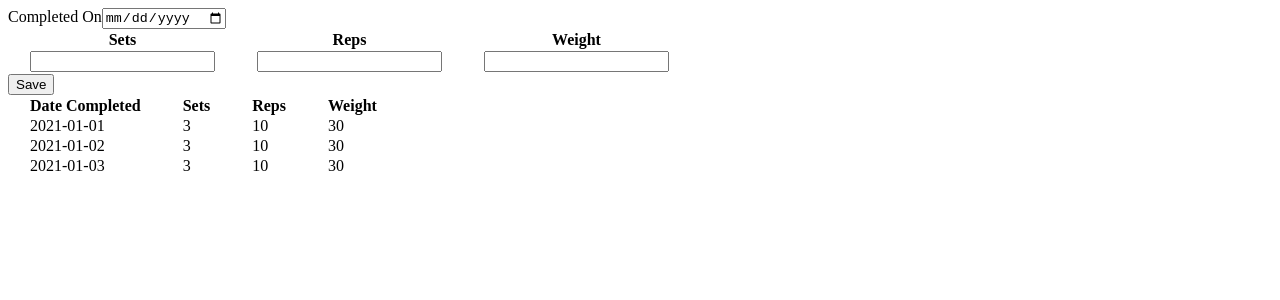
Repository: Kayla-amr/Exercise-Tracking-App
Page: / (app in exerciseTracking/)
These files come from the project's save history. The page is drawn as it stood at one moment and after the next save; the edit follows.
The browser window is 1280 px wide. The pictures show the whole page.
The project was rebuilt for these pictures with package versions that can differ from the ones it lists, and the page was loaded fresh each time. Also part of the build but not shown: exerciseTracking/vite.config.ts, exerciseTracking/src/assets/main.css.

Above is the page before, as saved 2023-03-17 13:36:02.

After the next save:
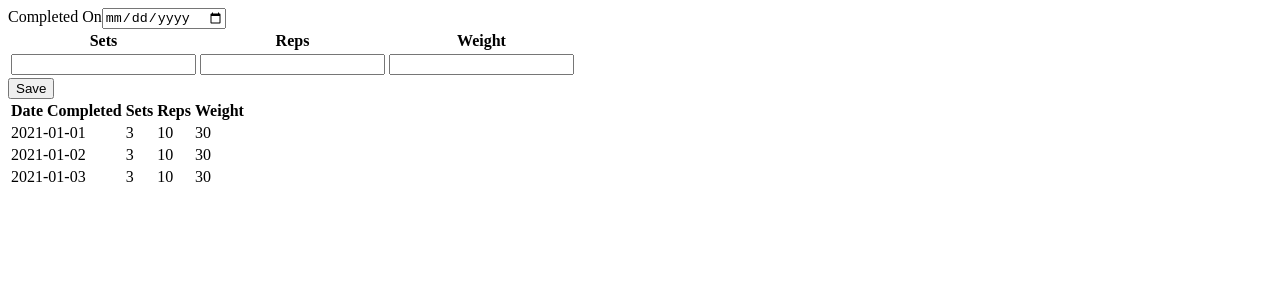
Saved 9 s later.
--- a/exerciseTracking/src/components/trackingHistory.vue
+++ b/exerciseTracking/src/components/trackingHistory.vue
@@ -35,7 +35,7 @@
 <style>
 thead{
     border-bottom: 1px solid #121212;
-}
+},
 th, td {
     padding: 0 20px;
 }

After the save that followed:
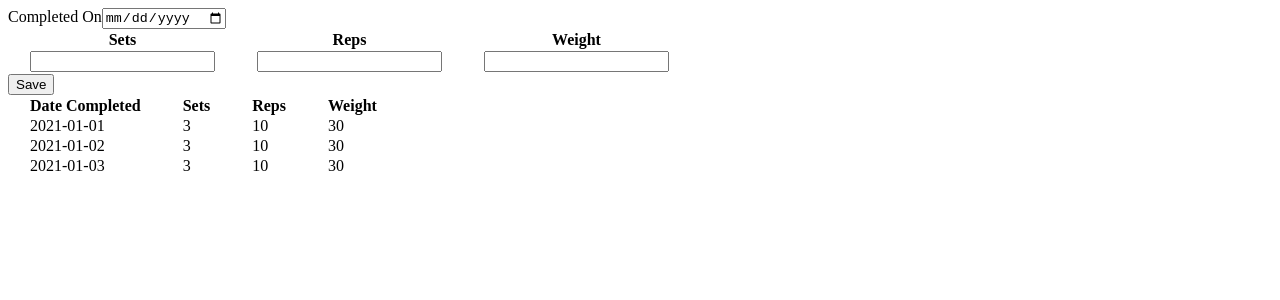
Saved 4 s later.
--- a/exerciseTracking/src/components/trackingHistory.vue
+++ b/exerciseTracking/src/components/trackingHistory.vue
@@ -35,7 +35,8 @@
 <style>
 thead{
     border-bottom: 1px solid #121212;
-},
+}
+
 th, td {
     padding: 0 20px;
 }
